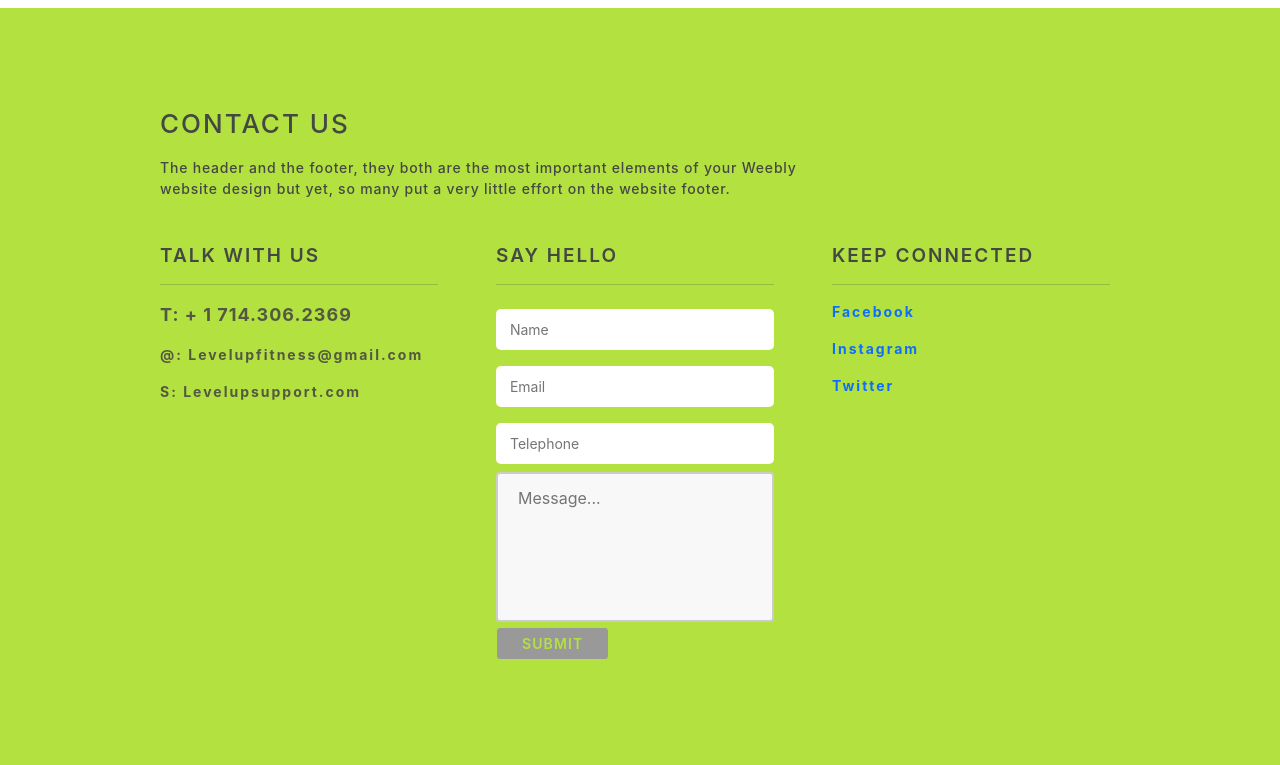
Repository: Bojurie/Level-up
Page: /vlog (app in client/)
An editor plug-in stored every save of this project. The page is shown before and after the next save, followed by the edit.
The browser window is 1280 px wide. The pictures show the part of the page from y = 346 to 1111 px (the page is 1111 px tall before and 1095 px after).
Some web fonts or font styles are not loaded; a fallback is used. Some web libraries are served in a nearby version. The project was rebuilt for these pictures with package versions that can differ from the ones it lists, and the page was loaded fresh each time. Also part of the build but not shown: client/src/components/Carousel.js, client/src/components/HomeVlog.css, client/src/components/HomeVlog.js, client/src/components/homeProducts.css, client/src/components/HomeProducts.js, client/src/components/Card.js, client/src/components/HomeShop.css, client/src/components/HomeShop.js and 11 more. Imported but missing from the stored project, and not drawn on this page: client/src/components/Chart.

Above is the page before, as saved 2022-11-30 03:39:15.

After the next save:
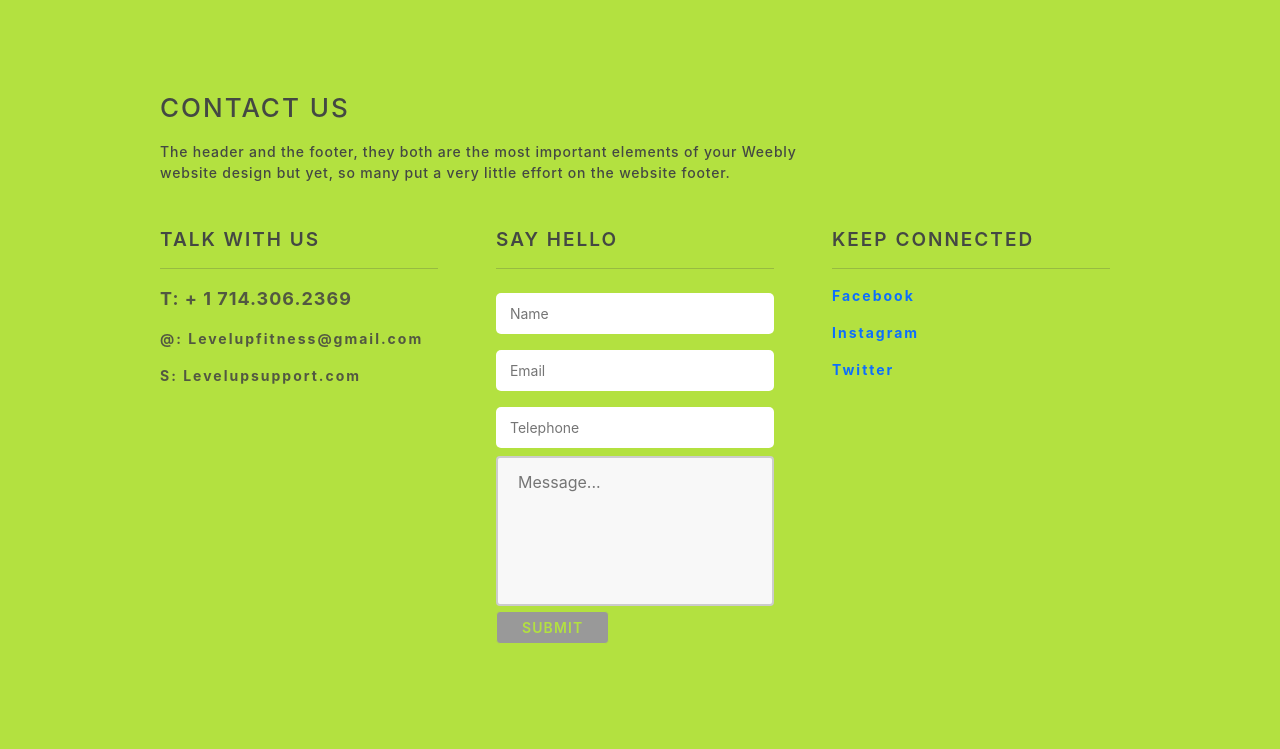
Saved 17 s later.
--- a/client/src/components/FormTitle.css
+++ b/client/src/components/FormTitle.css
@@ -85,7 +85,7 @@
   /* font-size: 3rem;
   font-weight: 700;
   line-height: 2rem; */
-  padding: 7rem 6rem;
+  padding: 7rem 0 6rem;
   letter-spacing: 5px;
   text-transform: uppercase;
   display: flex;
